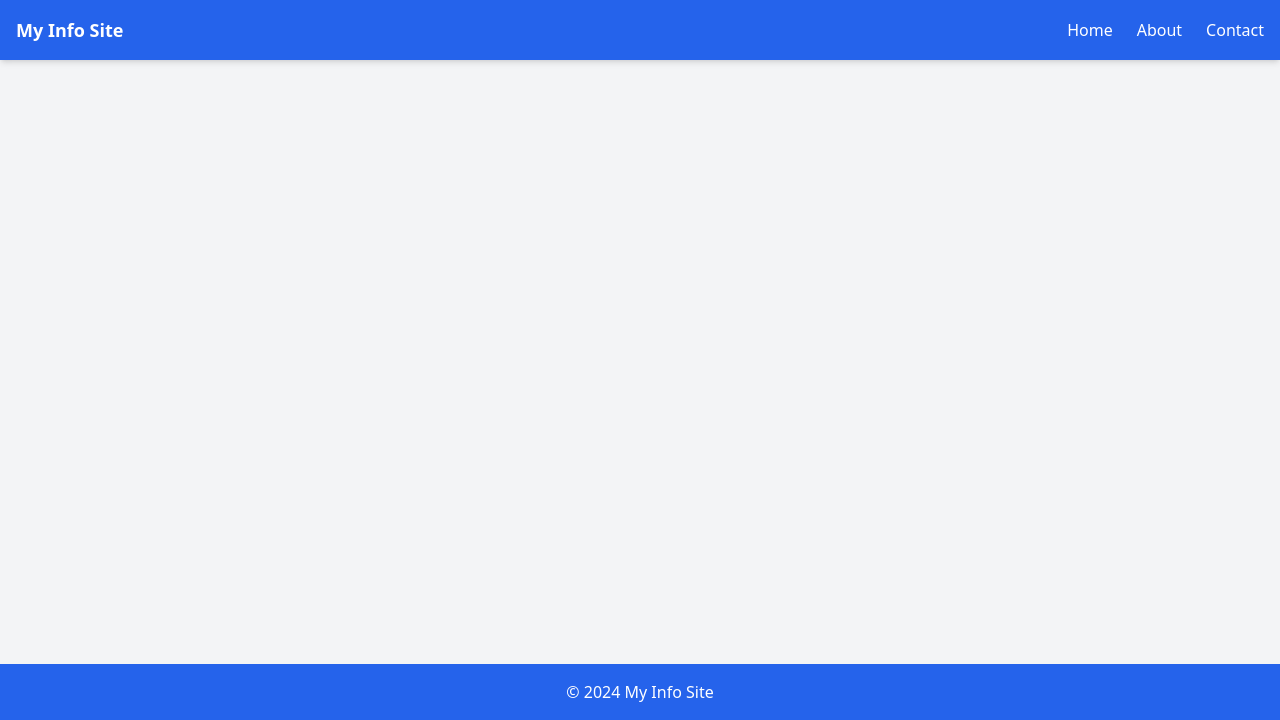
Repository: SmanSayeed/culture
Page: /
An editor plug-in stored every save of this project. The page is shown before and after a run of saves, followed by the edit.
The browser window is 1280 px wide. The pictures show the whole page.
The project was rebuilt for these pictures with package versions that can differ from the ones it lists, and the page was loaded fresh each time. The framework's server and built-in components were replaced by stand-ins that run in the browser. Also part of the build but not shown: next.config.ts, vite.config.ts.

Above is the page before, as saved 2024-10-30 14:47:42.

After the next 4 saves:
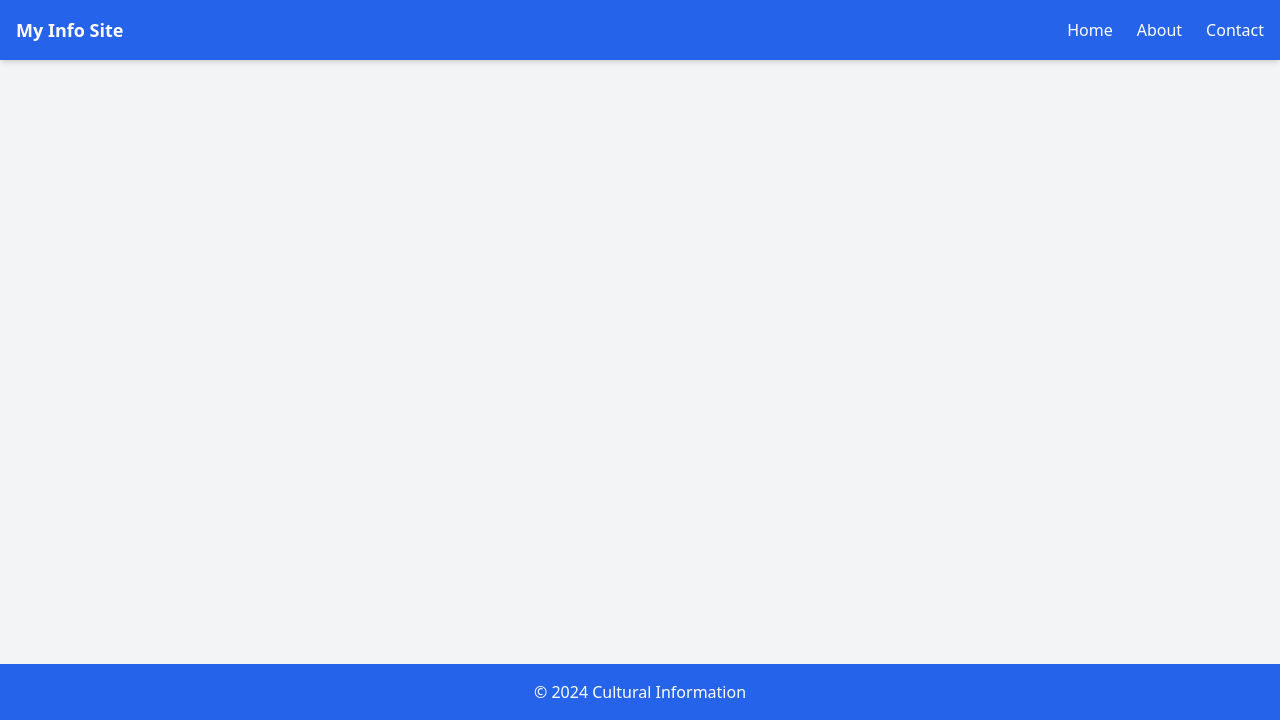
The 4 saves are shown as one change because 1 did not build or start and some came seconds apart.
The last was saved 34 s later.
--- a/src/components/Layout/Footer.tsx
+++ b/src/components/Layout/Footer.tsx
@@ -1,3 +1,4 @@
+import { siteInfo } from '@/utils/siteInfo'
 import React from 'react'
 
 type Props = {}
@@ -7,7 +8,7 @@ export default function Footer({}: Props) {
     <>
       {/* Footer */}
       <footer className="bg-blue-600 text-white py-4 text-center">
-        <p>&copy; {new Date().getFullYear()} My Info Site</p>
+        <p>&copy; {new Date().getFullYear()} {siteInfo.siteTitle}</p>
       </footer>
     </>
   )
